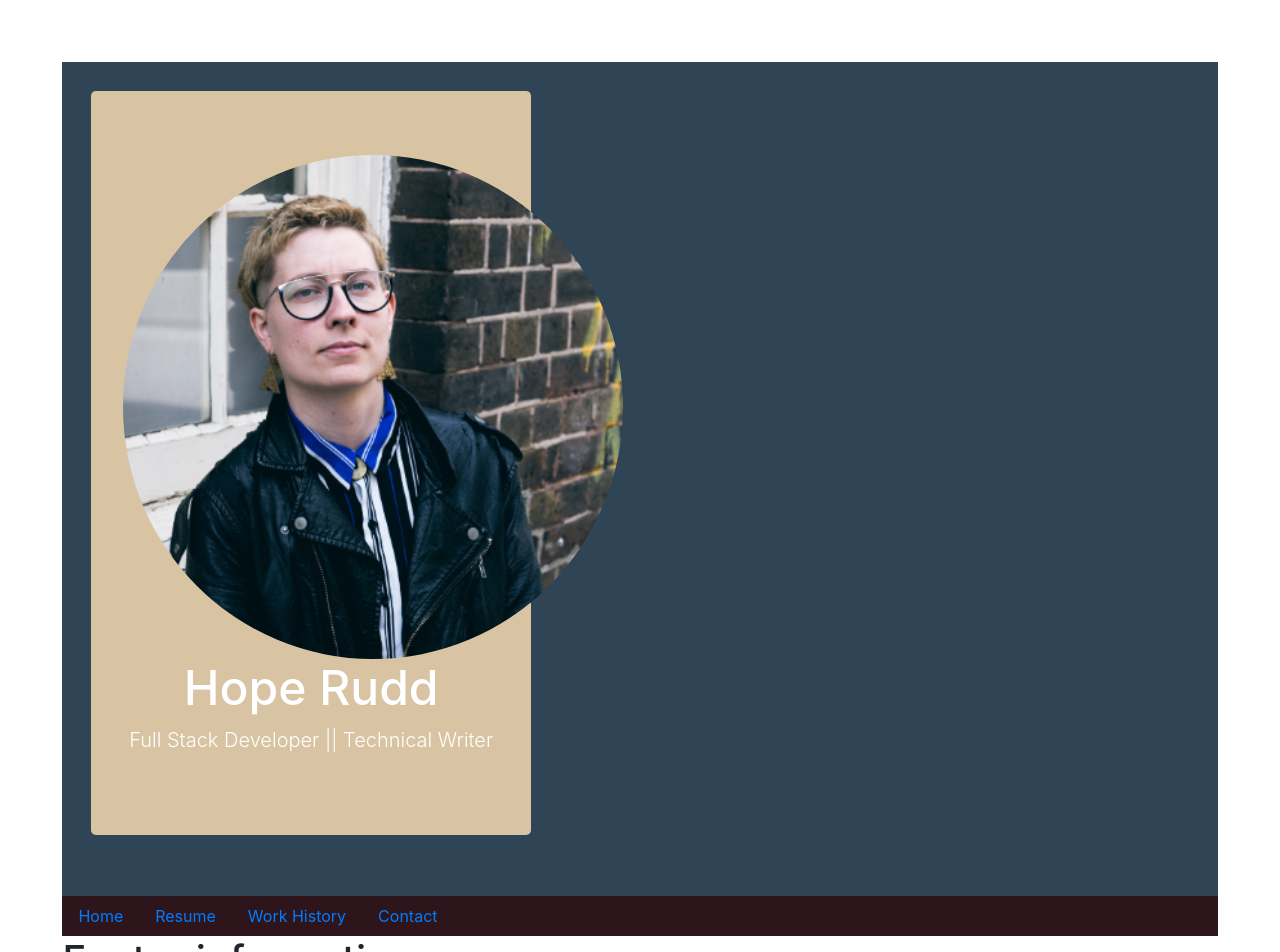
Repository: BleakTerrain/MilestoneProject-
Page: index.html
The author's editor kept a record of every edit. The page is drawn from the files as they stood at one moment, then again after the next edit.
The browser window is 1280 px wide. The pictures show the whole page.
Some web libraries are served in a nearby version.

Above is the page before.

After the next edit:
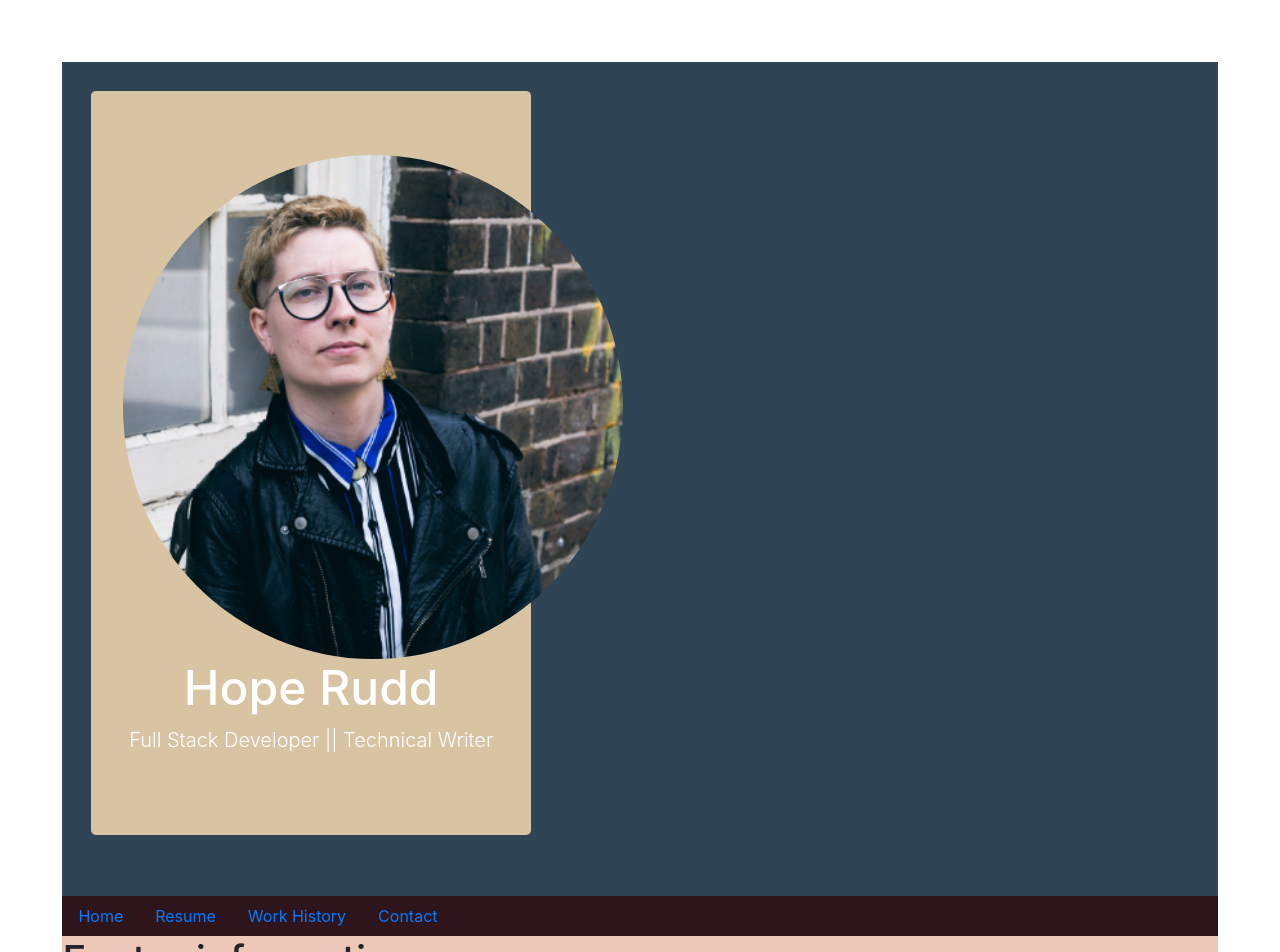
The edit:
--- a/assets/CSS/stylesheet.css
+++ b/assets/CSS/stylesheet.css
@@ -68,3 +68,7 @@ background-color: #2f4454;
   justify-content:center;
  position:relative;
 }
+
+/*------------------------------Footer---------------------*/
+.footer
+{ background-color: #edc7b7 }
